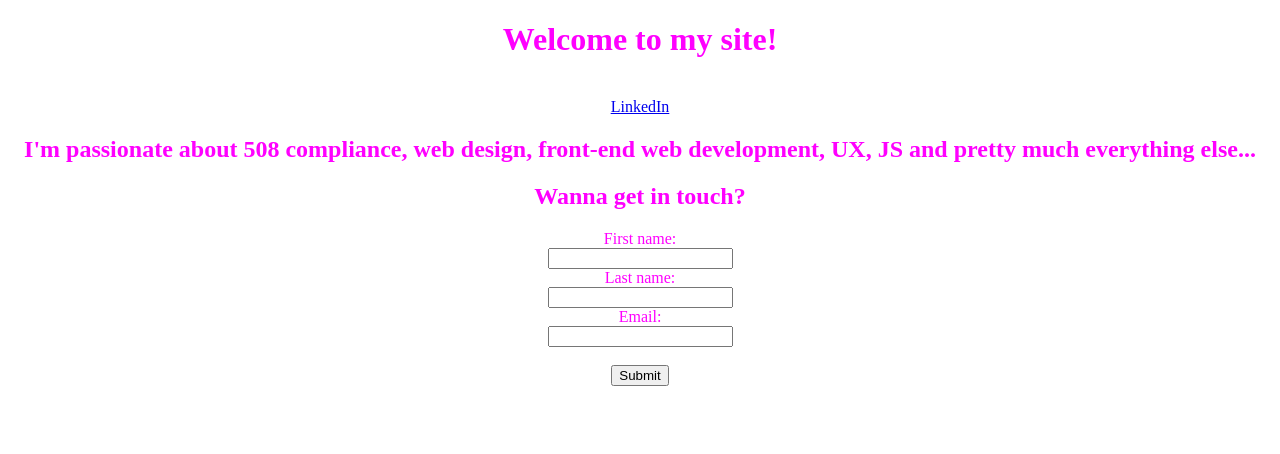
Repository: jasvr/jasvr.io
Page: index.html
The author's editor kept a copy of each file at every save. The page is drawn from the files as they stood at one save, then again after a run of saves.
The browser window is 1280 px wide. The pictures show the whole page.

Above is the page before, as saved 2020-01-09 21:53:33.

### index.html
<!DOCTYPE html>
<html lang="en">
<head>
    <meta charset="UTF-8">
    <meta name="viewport" content="width=device-width, initial-scale=1.0">
    <meta http-equiv="X-UA-Compatible" content="ie=edge">
    <title>Jasmin Vargas</title>
    <link href="style.css" type="text/css" rel="stylesheet">
</head>
<body>
    <h1>Welcome to my site!</h1>
    <br>
    <a href="https://www.linkedin.com/in/jasvrgs/">LinkedIn</a>
    <h2>I'm passionate about 508 compliance, web design, front-end web development, UX, JS and pretty much everything else...</h2>

    <h2>Wanna get in touch?</h2>
    <form>
        First name:<br>
        <input type="text" name="firstname"><br>
        Last name:<br>
        <input type="text" name="lastname"><br>
        Email:<br>
        <input type="text" name="email"><br><br>
        <input type="submit" value="Submit">
    </form>
</body>
</html>

### style.css
body{
    color:magenta;
    text-align:center;
    }

    *:focus{
        outline: 0;
        box-shadow: 0 0 10px #eb0486;
        border-color: #eb0486;
    }

    a:focus{
        color: #eb0486;
        font-weight: bold;
    }

    .button:focus{
        background-color: #eb0486;

    }

After the next 2 saves:
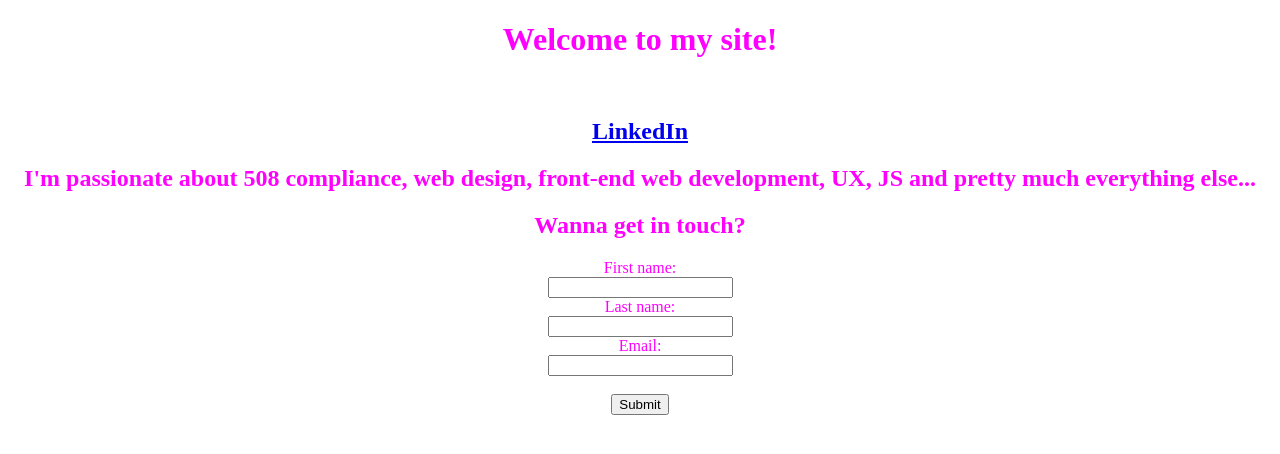
The 2 saves are shown as one change because they came seconds apart.
The last was saved 10 s later.
--- a/index.html
+++ b/index.html
@@ -10,7 +10,7 @@
 <body>
     <h1>Welcome to my site!</h1>
     <br>
-    <a href="https://www.linkedin.com/in/jasvrgs/">LinkedIn</a>
+    <h2><a href="https://www.linkedin.com/in/jasvrgs/">LinkedIn</a></h2>
     <h2>I'm passionate about 508 compliance, web design, front-end web development, UX, JS and pretty much everything else...</h2>
 
     <h2>Wanna get in touch?</h2>
